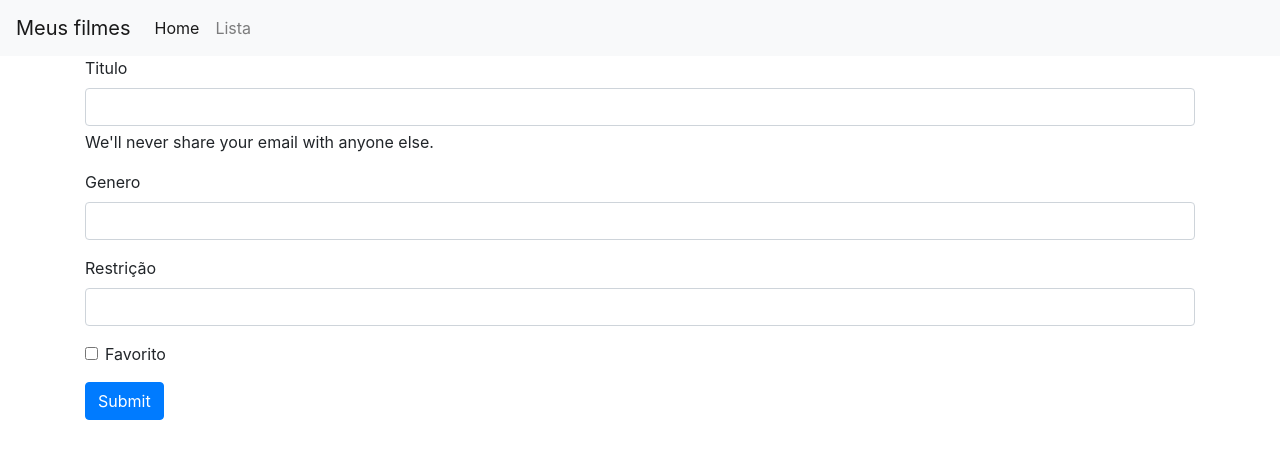
Repository: fernandoblumenau/javaWEB
Page: http://localhost/MeusFilmes/
An editor plug-in stored every save of this project. The page is shown before and after the next save, followed by the edit.
The browser window is 1280 px wide. The pictures show the whole page.
The page is served by Tomcat 10. Other server files are loaded and not shown.

Above is the page before, as saved 2022-03-25 22:09:03.

### MeusFilmes/src/main/webapp/WEB-INF/home.jsp
<%@ page language="java" contentType="text/html; charset=ISO-8859-1"
    pageEncoding="ISO-8859-1"%>

<!DOCTYPE html>
<html>
<head>
<meta charset="ISO-8859-1">
<title>Meus Filmes</title>
<link rel="stylesheet" href="https://cdn.jsdelivr.net/npm/bootstrap@4.6.1/dist/css/bootstrap.min.css" integrity="sha384-zCbKRCUGaJDkqS1kPbPd7TveP5iyJE0EjAuZQTgFLD2ylzuqKfdKlfG/eSrtxUkn" crossorigin="anonymous">

</head>
<body>
	<header>


		<nav class="navbar navbar-expand-lg navbar-light bg-light">
		  <a class="navbar-brand" href="#">Meus filmes</a>
		  <button class="navbar-toggler" type="button" data-toggle="collapse" data-target="#navbarSupportedContent" aria-controls="navbarSupportedContent" aria-expanded="false" aria-label="Toggle navigation">
		    <span class="navbar-toggler-icon"></span>
		  </button>

		  <div class="collapse navbar-collapse" id="navbarSupportedContent">
		    <ul class="navbar-nav mr-auto">
		      <li class="nav-item active">
		        <a class="nav-link" href="#">Home <span class="sr-only">(current)</span></a>
		      </li>
		      <li class="nav-item">
		        <a class="nav-link" href="#">Lista</a>
		      </li>
		    </ul>
		  </div>
		</nav>
	</header>


<div class = container>
	<form>
	  <div class="mb-3">
	    <label for="titulo" class="form-label">Titulo</label>
	    <input type="text" class="form-control" id="titulo" name="email" aria-describedby="emailHelp">
	    <div id="emailHelp" class="form-text">We'll never share your email with anyone else.</div>
	  </div>
	  <div class="mb-3">
	    <label for="genero" class="form-label">Genero</label>
	    <input type="text" class="form-control" id="genero" name="genero">
	  </div>
	  <div class="mb-3">
	    <label for="restricao" class="form-label">Restrição</label>
	    <input type="text" class="form-control" id="restricao" name="genero">
	  </div>
	  <div class="mb-3 form-check">
	    <input type="checkbox" class="form-check-input" id="exampleCheck1">
	    <label class="form-check-label" for="exampleCheck1">Favorito</label>
	  </div>
	  <button type="submit" class="btn btn-primary">Submit</button>
	</form>
</div>




<script src="https://cdn.jsdelivr.net/npm/jquery@3.5.1/dist/jquery.slim.min.js" integrity="sha384-DfXdz2htPH0lsSSs5nCTpuj/zy4C+OGpamoFVy38MVBnE+IbbVYUew+OrCXaRkfj" crossorigin="anonymous"></script>
<script src="https://cdn.jsdelivr.net/npm/bootstrap@4.6.1/dist/js/bootstrap.bundle.min.js" integrity="sha384-fQybjgWLrvvRgtW6bFlB7jaZrFsaBXjsOMm/tB9LTS58ONXgqbR9W8oWht/amnpF" crossorigin="anonymous"></script>


</body>
</html>

### MeusFilmes/src/main/java/br/com/projetosaula/meusfilmes/controller/HomeController.java
package br.com.projetosaula.meusfilmes.controller;

import java.io.IOException;

import org.apache.catalina.connector.Response;

import jakarta.servlet.RequestDispatcher;
import jakarta.servlet.Servlet;
import jakarta.servlet.ServletException;
import jakarta.servlet.annotation.WebServlet;
import jakarta.servlet.http.HttpServlet;
import jakarta.servlet.http.HttpServletRequest;
import jakarta.servlet.http.HttpServletResponse;


@WebServlet(name="HomeController", urlPatterns = "/")
public class HomeController extends HttpServlet implements Servlet {
	private static final long serialVersionUID = 1L;


    public HomeController() {

    }


	protected void doGet(HttpServletRequest request, HttpServletResponse response) throws ServletException, IOException {
		RequestDispatcher rd = request.getRequestDispatcher("WEB-INF/home.jsp");
		rd.forward(request, response);

		String nome = request.getParameter("email");
		System.out.println(nome);

	}


}

After the next save:
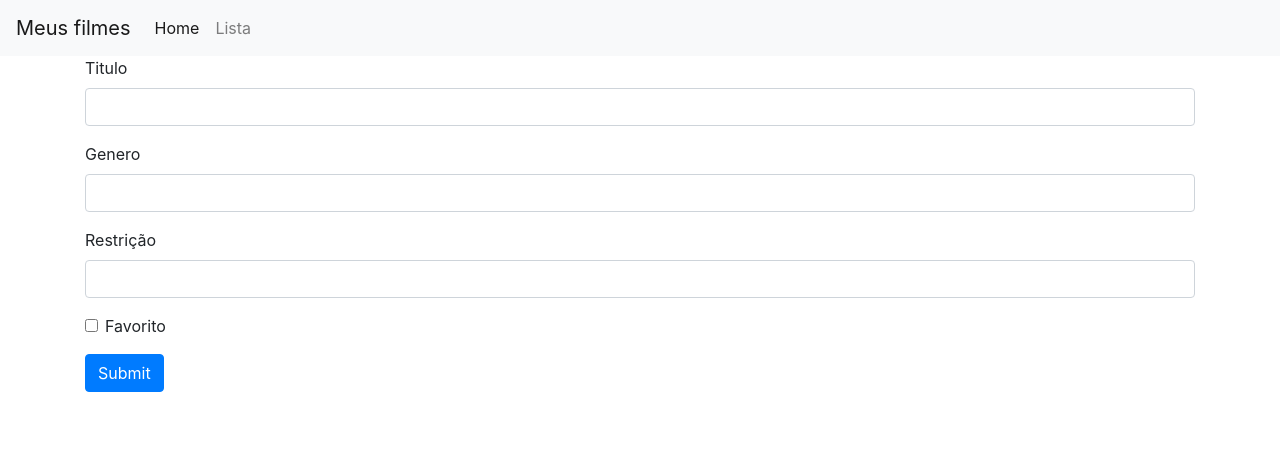
Saved 99 s later.
--- a/MeusFilmes/src/main/webapp/WEB-INF/home.jsp
+++ b/MeusFilmes/src/main/webapp/WEB-INF/home.jsp
@@ -38,7 +38,6 @@
 	  <div class="mb-3">
 	    <label for="titulo" class="form-label">Titulo</label>
 	    <input type="text" class="form-control" id="titulo" name="email" aria-describedby="emailHelp">
-	    <div id="emailHelp" class="form-text">We'll never share your email with anyone else.</div>
 	  </div>
 	  <div class="mb-3">
 	    <label for="genero" class="form-label">Genero</label>
